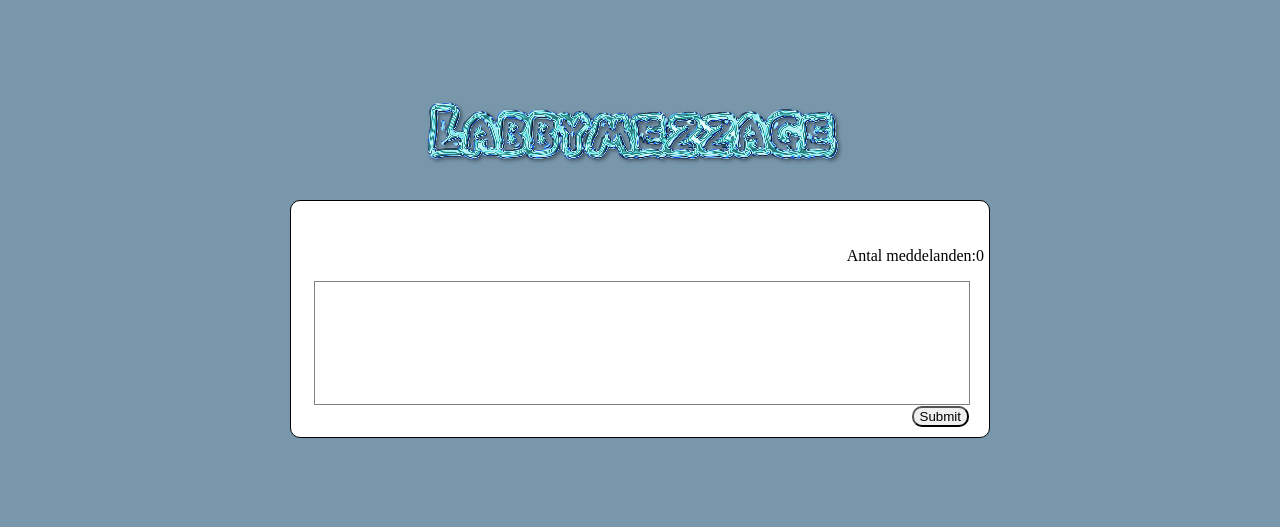
Repository: la222tc/la222tc-1dv403-Laborationer
Page: 2-labbymezzage/index.html
The author's editor kept a record of every edit. The page is drawn from the files as they stood at one moment, then again after the next edit.
The browser window is 1280 px wide. The pictures show the whole page.

Above is the page before.
Console error: SyntaxError: Unexpected token ';'

### 2-labbymezzage/index.html
<!DOCTYPE html>
<html lang="sv">
<head>
	<meta charset="UTF-8" />
 	<title>JavaScript - Laboration 2 - Labbymezzage</title>
    <link rel="stylesheet" href="css/csslabby.css" type="text/css" />
</head>
    <body>

        <div id="content">
            <img src="labbyimage.png" id="labbyimage"></img>
            <div id="mainMessage">
            <div id="messageMain">
            <!--    <div class="message">
                 <p class="theMessage"></p>
                    <a class="timeAndDelete delete"href="#"></a><a class="timeAndDelete time" href="#"></a>
                <p class="timeStamp"></p>
                </div> -->
            </div>
                <p id="amountOfMessages"> 0<p id="numberOfMessages">Antal meddelanden: </p></p>
                <form id="messageForm">
                    <input id="messageTextArea" type="textarea" name="messageInput"/>
                    <input id="submit" type="submit" value="Submit"/>
                </form>
            </div>
        </div>

        <script type="text/javascript" src="js/MessageBoard.js"></script>
        <script type="text/javascript" src="js/Message.js"></script>
    </body>
</html>

### 2-labbymezzage/css/csslabby.css
body {
    background-color:#7897AB;
}

article, aside, details, figcaption, figure,
footer, header, hgroup, menu, nav, section {
	display: block;
}

#content {
    width:700px;
    margin:auto;
    margin-top:100px;
}

#mainMessage {
    border:1px solid black;
    border-radius:10px;
    background-color:white;
    height:100%;
    float:left;
    padding-bottom:10px;
}

#labbyimage {
    margin-left: 135px;
    margin-bottom:30px;
}

#messageTextArea {
    width: 650px;
	height: 120px;
	border: 1px solid gray;
	margin-left:23px;
	float:left;
}

#submit {
    float:right;
    margin-right:20px;
    margin-top:1px;
    border-radius:10px;
}

#submit:hover {
    background-color:#7897AB;
    cursor:pointer;
}

#amountOfMessages {
    float:right;
    margin-right:5px;
}

#numberOfMessages {
    float:right;
}

#messageMain {
    text-align:left;
    width:98%;
    float:left;
    margin-top:30px;
    margin-left:5px;
    border-radius:5px;
    background-color:#7897AB;
}

.message {
    text-align:left;
    width:98%;
    float:left;
    margin-top:10px;
    margin-left:5px;
    border-radius:5px;
    background-color:#7897AB;
}

.theMessage {
    width:650px;
    float:left;
}

.timeAndDelete {
    float:right;
    margin-right:7px;
}

.timeStamp {
    float:right;
    margin-right:3px;
}

### 2-labbymezzage/js/MessageBoard.js
"use strict";


var MessageBoard = {

    messages: [],


    init: function(){

        var submit = document.getElementById("submit");
        submit.addEventListener("click", createMessage(), displayMessages())
    //    submit.onclick = function(){
    //        createMessage();
            //alert(MessageBoard.messages[0]);
      //      displayMessages();

            return false;
        };

        function displayMessages(){
            document.getElementById("messageTextArea").innerHTML = "";

            for (var i = 0; i < MessageBoard.messages.length; ++i) {
                displayMessage(i);
            }
        }

        function displayMessage(messageID){
            var msg = document.getElementById("messageMain");
            var newDiv = document.createElement("div");
            var newP = document.createElement("p");
            var aDelete = document.createElement("a");
            var aTime = document.createElement("a");
            var imgDelete = document.createElement("img");
            var imgTime = document.createElement("img");
            var timeStampP = document.createElement("p");

            newDiv.className = "message";
            newP.className = "theMessage";
            aDelete.className = "timeAndDelete";
            aTime.className = "timeAndDelete";
            imgDelete.className = "delete";
            newDiv.className = "time";
            timeStampP.className = "timeStamp";


            msg.appendChild(newDiv);
            newDiv.appendChild(newP);
            newDiv.appendChild(aDelete);
            newDiv.appendChild(aTime);
            newDiv.appendChild(imgDelete);
            newDiv.appendChild(imgTime);
            newDiv.appendChild(timeStampP);

            newP.innerHTML = MessageBoard.messages[messageID];


            //var hej = document.querySelector(".message");
            //hej.appendChild(newDiv);
           // document.msg.appendChild(newDiv);
           // newDiv.setAttribute("class", "message");
            //newP.setAttribute("class", "theMess,age");
            //aDelete.setAttribute("class", "timeAndDelete");
            //aTime.setAttribute("class", "timeAndDelete");
            //imgDelete.setAttribute("class", "timeAndDelete");
            //imgTime.setAttribute("class", "timeAndDelete");

            //var myImage = images.namedItem("myImage");
        };

        function createMessage(){

            var mess = new Message(document.getElementById("messageTextArea").value, new Date());
            MessageBoard.messages.push(mess);
        }
         //submit.onclick = function(){
        //    var article = document.createElement("article");
        //    var p = document.createElement("p");
        //    var a = document.createElement("a");
        //    var aa = document.createElement("a");
        //    var footer = document.createElement("footer");
        //    article.appendChild(p);
        //    article.appendChild(a);
        //    article.appendChild(aa);
        //    article.appendChild(footer);

        //    document.getElementsByClass("theMessage").innerHTML = createMessage();

        //    var newArticle = document.querySelector("#mainMessage .message");
        //    newArticle.appendChild(article);

        //};
    //  alert(mess);
    //  alert(mess.getText());
    //  mess.setText("En annan text");
    //  alert(mess);

   // var mess = new Message("Testmeddelande", new Date());
    //var mess2 = new Message("Testmeddelande2", new Date());
    //var mess3 = new Message("Testmeddelande3", new Date());
    //var mess4 = new Message("Testmeddelande4", new Date());


    // lägger till de skapade meddelanden till arrayen messages
    //MessageBoard.messages.push(mess);
    //MessageBoard.messages.push(mess2);
    //MessageBoard.messages.push(mess3);
    //MessageBoard.messages.push(mess4);


    // Antal Meddelande i arrayen messages
    var total = MessageBoard.messages.length;

   // for (var i = 0; i < MessageBoard.messages.length; i++) {
     //   alert(MessageBoard.messages[i]);
    //}

       //alert(MessageBoard.messages[1].getText());
       //alert(total);
    }

};

window.onload = MessageBoard.init;

### 2-labbymezzage/js/Message.js
"use strict";


function Message(message, date) {


    this.getText = function(){
        return message;
    };

    this.setText = function(_text) {
        message = _text;
    };


    this.getDate = function() {

    // Tar ut timmar, minuter och sekunder ur date och sätter ihop dom i en variabel och returnerar det
   // var _date = new Date();
    var hour = date.getHours();
    var minute = date.getMinutes();
    var seconds = date.getSeconds();

    var theDate = hour + ":" + minute + ":" + seconds;

    return theDate;
    };

    this.setDate = function(_date) {
        date = _date;
    };

    Message.prototype.toString = function() {
        return this.getText()+" ("+this.getDate()+")";
    };

    Message.prototype.getHTMLText = function() {
        alert("ej klar");
    };

    Message.prototype.getDateText = function() {
        alert("ej klar");
    };

}

After the next edit:
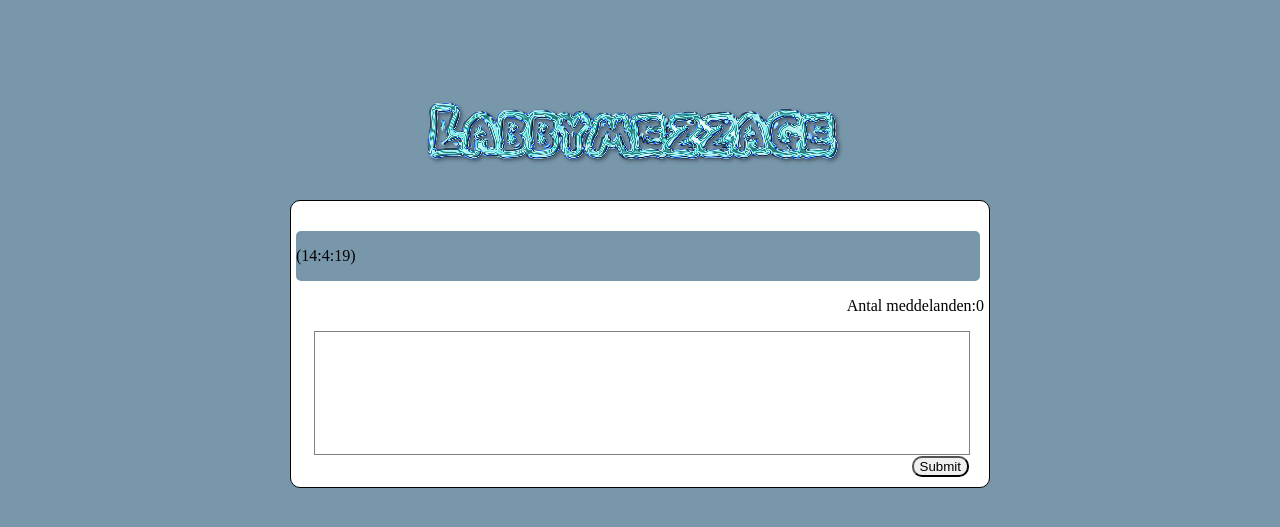
The error is gone.
The edit:
--- a/2-labbymezzage/js/MessageBoard.js
+++ b/2-labbymezzage/js/MessageBoard.js
@@ -15,8 +15,8 @@
             //alert(MessageBoard.messages[0]);
       //      displayMessages();
 
-            return false;
-        };
+        //    return false;
+        //};
 
         function displayMessages(){
             document.getElementById("messageTextArea").innerHTML = "";
